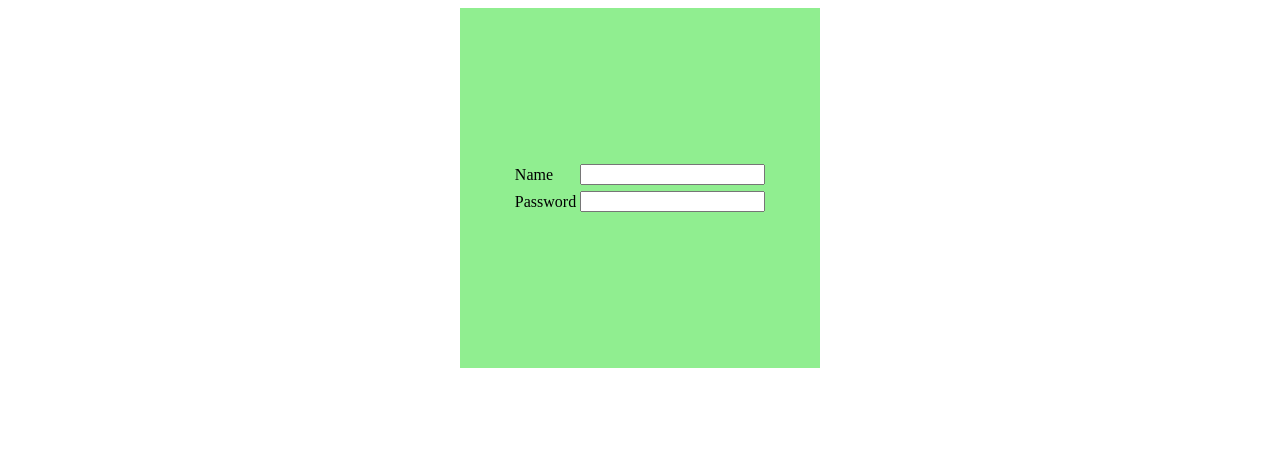
Repository: yash1sh/Java
Page: http://localhost/Servlet_Demo/
An editor plug-in stored every save of this project. The page is shown before and after the next save, followed by the edit.
The browser window is 1280 px wide. The pictures show the whole page.
The page is served by Tomcat 9. Other server files are loaded and not shown.

Above is the page before, as saved 2022-05-14 09:43:47.

### Bootcmp/Servlet_Demo/src/main/webapp/index.html
<!DOCTYPE html>
<html>
<head>
<meta charset="ISO-8859-1">
<title>Insert title here</title>
<link rel="stylesheet" type="text/css" href="./indexcss.css">
</head>
<body>

	<section class="form" >
		<article>
			<form action="">
				<table>
					<tr> <td> <label>Name</label> </td>
						<td><input type="text" id="Name"></td>
					<tr>
					<tr>
						<td><label>Password</label></td>
						<td><input type="password" id="password"></td>
					</tr>
				</table>
			</form>
		</article>
		</section>






</body>
</html>

### Bootcmp/Servlet_Demo/src/main/webapp/indexcss.css

.form{
	display:flex;
	justify-content:center;
	align-items:center;
	background-color: lightgreen;
	width:50vh;
	height:50vh;
	color:black;
}
body{
	display:flex;
	justify-content:center;
	align-items: center;
}

After the next save:
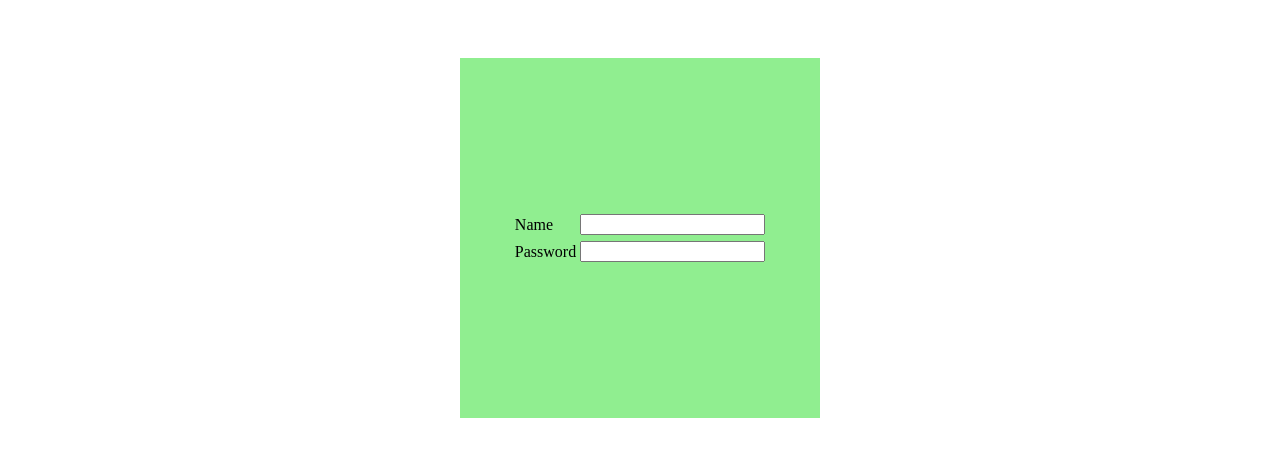
Saved 21 s later.
--- a/Bootcmp/Servlet_Demo/src/main/webapp/indexcss.css
+++ b/Bootcmp/Servlet_Demo/src/main/webapp/indexcss.css
@@ -7,6 +7,7 @@
 	width:50vh;
 	height:50vh;
 	color:black;
+	margin-top: 50px;
 }
 body{
 	display:flex;
